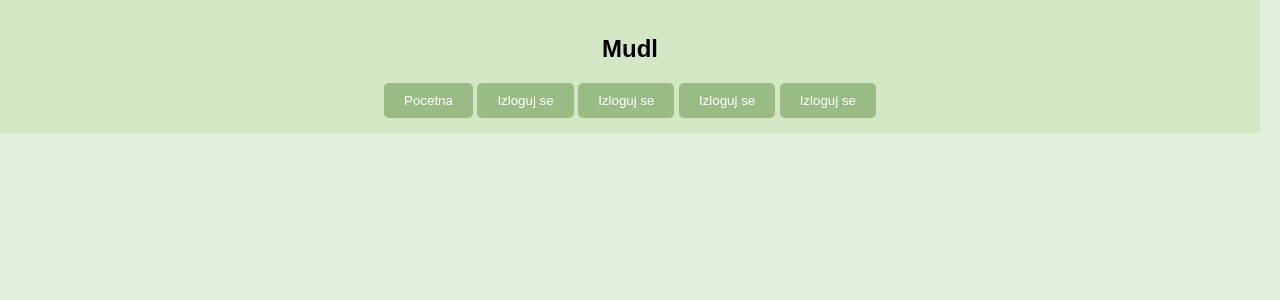
Repository: MarkoKillin/RazvojInformacionihSistemaProjekat
Page: http://localhost/MudlWeb/headers/admin_header.jsp
An editor plug-in stored every save of this project. The page is shown before and after the next save, followed by the edit.
The browser window is 1280 px wide. The pictures show the whole page.
The page is served by Tomcat 10. Other server files are loaded and not shown.

Above is the page before, as saved 2024-01-28 17:28:08.

### MudlWeb/src/main/webapp/headers/admin_header.jsp
<%@ page language="java" contentType="text/html; charset=UTF-8"
	pageEncoding="UTF-8"%>
<!DOCTYPE html>
<html lang="en">
<head>
<meta charset="UTF-8">
<meta name="viewport" content="width=device-width, initial-scale=1.0">
<title>Admin Mudl</title>
<link rel="stylesheet" type="text/css"
	href="${pageContext.request.contextPath}/css/styles.css">
</head>
<body>

	<header>
		<h2>Mudl</h2>
		<a href="/Mudl/admin/home"><button>Pocetna</button></a>
		<a href="/Mudl/logout"><button>Izloguj se</button></a>
		<a href="/Mudl/logout"><button>Izloguj se</button></a>
		<a href="/Mudl/logout"><button>Izloguj se</button></a>
		<a href="/Mudl/logout"><button>Izloguj se</button></a>

	</header>

</body>
</html>

### MudlWeb/src/main/webapp/css/styles.css
@charset "UTF-8";

:root {
	--primary-color: #E1F0DA;
	--secondary-color: #D4E7C5;
	--accent-color: #BFD8AF;
	--highlight-color: #99BC85;
}

body {
	font-family: 'Arial', sans-serif;
	background-color: var(--primary-color);
	color: black;
	height: 100vh;
	margin: 0%;
}

header {
	background-color: var(--secondary-color);
	padding: 15px;
	text-align: center;
	margin-right: 20px;
}

footer {
	background-color: var(--secondary-color);
	padding: 10px;
	text-align: center;
	position: fixed;
	bottom: 0;
	width: 100%;
}


button {
	background-color: var(--highlight-color);
	color: white;
	padding: 10px 20px;
	border: none;
	border-radius: 5px;
	cursor: pointer;

}

button:hover {
	background-color: var(--primary-color);
	color: black;
}

After the next save:
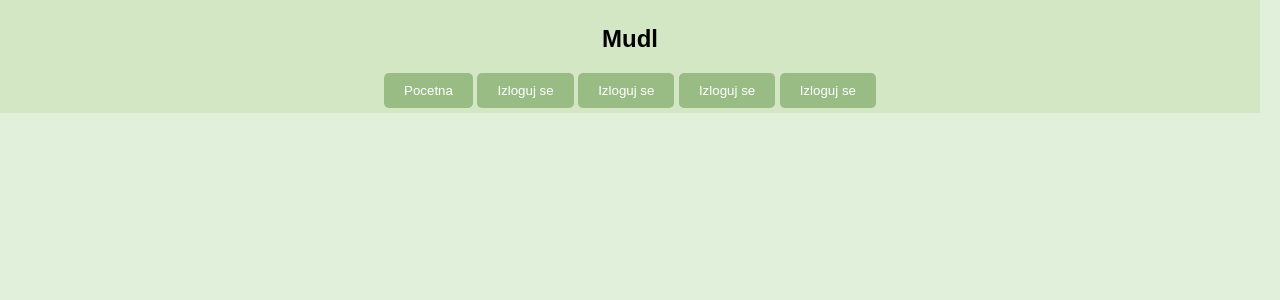
Saved 28 s later.
--- a/MudlWeb/src/main/webapp/css/styles.css
+++ b/MudlWeb/src/main/webapp/css/styles.css
@@ -17,7 +17,7 @@ body {
 
 header {
 	background-color: var(--secondary-color);
-	padding: 15px;
+	padding: 5px;
 	text-align: center;
 	margin-right: 20px;
 }
